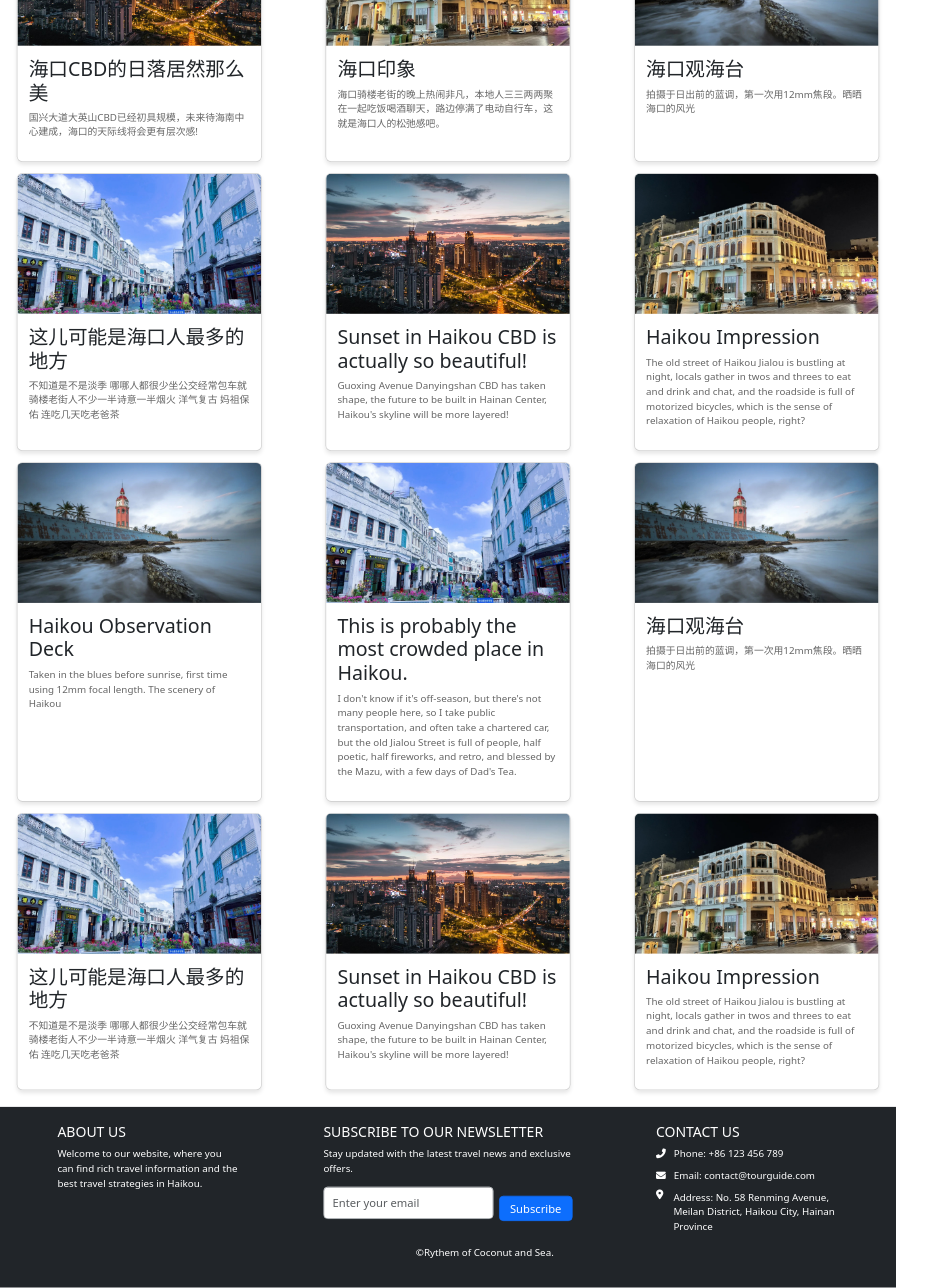
Repository: NIIT-RG6/web-project
Page: /community
These files come from the project's save history. The page is drawn as it stood at one moment and after the next save; the edit follows.
The browser window is 1280 px wide. The page is 1360 px wide, so the pictures cover 1360 px, including what lies to the right of the window. The pictures show the part of the page from y = 895 to 2735 px (the page is 2735 px tall), at 70% of full size.
The project was rebuilt for these pictures with package versions that can differ from the ones it lists, and the page was loaded fresh each time. Also part of the build but not shown: vue.config.js, src/views/HomePage.vue, src/views/College.vue, src/views/Foods.vue, src/views/Park.vue, src/views/Sky.vue, src/views/Street.vue, src/views/StrategyHome.vue and 2 more. Imported but missing from the stored project, and not drawn on this page: src/assets/js/vuetify.js.

Above is the page before, as saved 2024-10-25 04:07:56.

### src/App.vue
<template>
	<div id="app">
		<!-- 只有在当前路径不属于隐藏列表时才显示 NavBar -->
		<NavBar v-if="!shouldHideNavAndFooter" />

		<!-- 路由视图 -->
		<router-view />

		<!-- 只有在当前路径不属于隐藏列表时才显示 AppFooter -->
		<AppFooter v-if="!shouldHideNavAndFooter" />
	</div>
</template>

<script>
//import "./style.css";
import NavBar from './components/NavBar.vue';
import AppFooter from './components/AppFooter.vue';
import { computed } from 'vue';
import { useRoute } from 'vue-router';


export default {
	components: {
		NavBar,
		AppFooter
	},
	setup() {
		// 使用 useRoute 钩子获取当前路由
		const route = useRoute();

		// 定义需要隐藏 NavBar 和 AppFooter 的路径
		const hiddenRoutes = ['/login', '/register', '/forgot', '/about-us/contract', '/about-us/privacy'];

		// 判断当前路由路径是否在隐藏列表中
		const shouldHideNavAndFooter = computed(() => hiddenRoutes.includes(route.path));

		return {
			shouldHideNavAndFooter
		};
	}
};
</script>

<style scoped lang="less"></style>

### src/assets/css/global.css
/* * {
    box-sizing: border-box;
} */
 body {
    color: #000;
    font-size: 14px;
    margin: 0;
    padding: 0;
 }

### src/components/NavBar.vue
<template>
  <nav class="navbar navbar-expand-lg bg-body-tertiary py-4">
    <div class="container-fluid">
      <a class="navbar-brand" href="#">Navbar</a>
      <button class="navbar-toggler" type="button" data-bs-toggle="collapse" data-bs-target="#navbarSupportedContent"
        aria-controls="navbarSupportedContent" aria-expanded="false" aria-label="Toggle navigation">
        <span class="navbar-toggler-icon"></span>
      </button>
      <div class="collapse navbar-collapse" id="navbarSupportedContent">
        <ul class="navbar-nav me-auto mb-2 mb-lg-0 mx-5">
          <li class="nav-item mx-4">
            <router-link to="/" class="nav-link">Home</router-link>
          </li>

          <!-- Attractions Dropdown -->
          <li class="nav-item dropdown mx-4">
            <a class="nav-link dropdown-toggle" href="#" role="button" data-bs-toggle="dropdown" aria-expanded="false">
              Attractions
            </a>
            <ul class="dropdown-menu">
              <li><router-link to="/attractions/college" class="dropdown-item">Hainan University</router-link></li>
              <li><router-link to="/attractions/park" class="dropdown-item">Baishamen Park</router-link></li>
              <li><router-link to="/attractions/sky" class="dropdown-item">The Sky Mountain</router-link></li>
              <li><router-link to="/attractions/street" class="dropdown-item">Qilou Street</router-link></li>
              <li><router-link to="/attractions/foods" class="dropdown-item">Haikou Foods</router-link></li>
            </ul>
          </li>

          <li class="nav-item mx-4">
            <router-link to="/guide" class="nav-link">Travel Guide</router-link>
          </li>

          <li class="nav-item mx-4">
            <router-link to="/community" class="nav-link">Community</router-link>
          </li>

          <!-- About Us Dropdown -->
          <li class="nav-item dropdown mx-4">
            <a class="nav-link dropdown-toggle" href="#" role="button" data-bs-toggle="dropdown" aria-expanded="false">
              About us
            </a>
            <ul class="dropdown-menu">
              <li><router-link to="/about-us/team" class="dropdown-item">Team</router-link></li>
              <li><router-link to="/about-us/contract" class="dropdown-item">Contract</router-link></li>
              <li><router-link to="/about-us/privacy" class="dropdown-item">Privacy</router-link></li>
            </ul>
          </li>
        </ul>

        <!-- Search Form -->
        <form class="d-flex mx-auto" role="search">
          <input class="form-control me-2" type="search" placeholder="Search" aria-label="Search">
          <button class="btn btn-outline-success" type="submit">Search</button>
        </form>

        <!-- Login and Register Buttons -->
        <router-link to="/login" class="btn btn-outline-primary ms-5">Login</router-link>
        <router-link to="/register" class="btn btn-primary ms-2">Register</router-link>
      </div>
    </div>
  </nav>
</template>

<script>
export default {
  name: 'NavBar'
}
</script>

### src/components/AppFooter.vue
<template>
    <footer class="footer bg-dark text-white py-4">
        <div class="container">
            <div class="row">
                <!-- ABOUT US -->
                <div class="col-md-3">
                    <!-- <img :src="" alt=""> -->
                    <h5>ABOUT US</h5>
                    <p>Welcome to our website, where you can find rich travel information and the best travel strategies
                        in Haikou.</p>
                </div>

                <!-- NEWSLETTER SIGNUP -->
                <div class="col-md-4 offset-md-1">
                    <h5>SUBSCRIBE TO OUR NEWSLETTER</h5>
                    <p>Stay updated with the latest travel news and exclusive offers.</p>
                    <form class="d-flex align-items-center">
                        <div class="mb-3 me-2 flex-grow-1">
                            <input type="email" class="form-control custom-input" placeholder="Enter your email" />
                        </div>
                        <button type="submit" class="btn btn-primary btn-custom">Subscribe</button>
                    </form>
                </div>




                <!-- CONTACT US -->
                <div class="col-md-3 offset-md-1">
                    <h5>CONTACT US</h5>
                    <ul class="list-unstyled contact-info">
                        <li>
                            <i class="fas fa-phone-alt"></i> Phone: +86 123 456 789
                        </li>
                        <li>
                            <i class="fas fa-envelope"></i> Email: contact@tourguide.com
                        </li>
                        <li class="address-item">
                            <i class="fas fa-map-marker-alt"></i> Address: No. 58 Renming Avenue, Meilan District,
                            Haikou City, Hainan Province
                        </li>
                    </ul>
                </div>
            </div>
            <div class="row offset-md-1">
                <div class="col text-center">
                    <p>&copy;Rythem of Coconut and Sea. </p>
                </div>
            </div>
        </div>
    </footer>
</template>

<script>
export default {
    name: 'AppFooter'
}
</script>

<style scoped>
.footer {
    background-color: #343a40;
    color: #ffffff;
    padding: 20px 0;
}

.contact-info li {
    margin-bottom: 10px;
}

.contact-info i {
    margin-right: 8px;
}

.footer a {
    color: #ffffff;
    transition: color 0.3s;
}

.footer a:hover {
    color: #dddddd;
}

.custom-input {
    height: 46px;
    /* 设置输入框的高度与按钮一致 */
    line-height: 1.2;
    /* 调整行高 */
}

.btn-custom {
    height: 36px;
    /* 设置按钮的高度 */
    line-height: 1.2;
    /* 调整行高，使文本垂直居中 */
    padding: 0 15px;
    /* 调整按钮左右的内边距 */
}

.address-item {
    position: relative;
    padding-left: 25px;
}

.address-item i {
    position: absolute;
    left: 0;
    top: 0;
}

.address-item span {
    display: inline-block;
    margin-left: 25px;
}
</style>

### src/views/InteractiveCommunity.vue
<template>
  <view>


    <div class="container" style="display: flex; justify-content: center;height: 300px;width: 100%;margin-top: 10px;">

      <DanmuCard-vue></DanmuCard-vue>

    </div>

    <div style="position:initial;margin-top: 320px;">
      <PostListVue @post-selected="handlePostSelected" ref="PostList" style="position: relative;"></PostListVue>
    </div>

    <div class="modal-container">
      <ModalPartVue :show="this.showModal" @close="this.showModal = false">
        <div v-if="selectedPost" style="display: flex;flex-direction: row;">


          <div class="carousel-container" style="width: 1500px;height: 100%;">

            <div id="carouselExample" class="carousel slide" data-bs-ride="carousel"
              style="margin-top: calc(50% - 200px);">

              <div class="carousel-indicators" v-if="selectedPost.image2">
                <button type="button" data-bs-target="#carouselExample" data-bs-slide-to="0" class="active"
                  aria-current="true" aria-label="Slide 1"></button>
                <button type="button" data-bs-target="#carouselExample" data-bs-slide-to="1"
                  aria-label="Slide 2"></button>
              </div>


              <div class="carousel-inner">

                <div class="carousel-item active">
                  <img :src="selectedPost.image1" class="d-block w-100" alt="Image 1"
                    style="object-fit: contain;width:100%;">
                </div>

                <div class="carousel-item" v-if="selectedPost.image2">
                  <img :src="selectedPost.image2" class="d-block w-100" alt="Image 2"
                    style="object-fit: contain;width:100%;">
                </div>
              </div>


              <button class="carousel-control-prev" type="button" data-bs-target="#carouselExample"
                v-if="selectedPost.image2" data-bs-slide="prev">
                <span class="carousel-control-prev-icon" aria-hidden="true"></span>
                <span class="visually-hidden">Previous</span>
              </button>
              <button class="carousel-control-next" type="button" data-bs-target="#carouselExample"
                v-if="selectedPost.image2" data-bs-slide="next">
                <span class="carousel-control-next-icon" aria-hidden="true"></span>
                <span class="visually-hidden">Next</span>
              </button>
            </div>
          </div>


          <div class="content-container" style="width: 1100px;border-left: 1px solid gainsboro;">
            <div class="author"
              style="display: flex; flex-direction:row;margin-left: 6%;margin-top: 2%;border-bottom:1px gainsboro solid;">
              <img src="@/assets/images/my_icon.png" alt="" style="height: 50px;width: 50px;" />
              <text style="align-self: center;margin-left: 10px;font-size: 18px;color: dimgray;">用户名</text>
            </div>


            <div class="scroll_item">
              <h2 style="margin-left: 8%;margin-top: 12%;">{{ selectedPost.title }}</h2>
              <p style="margin-left: 8%;margin-top: 7px;">{{ selectedPost.description }}</p>


              <h5
                style="margin-left: 2%;margin-top: 20px;border-top: 1px solid gainsboro;padding-top: 10px;font-weight: bold;">
                {{ selectedPost.comments.length }} comments in total</h5>
              <CommentsCardsVue :comments="selectedPost.comments" @delete-comment="handleDeleteComment">
              </CommentsCardsVue>

            </div>

            <div class="comment_cards_input"
              style="position: absolute;bottom:50px;width: 450px;display: flex;flex-direction:row;height: 50px;;">
              <input class="form-control" aria-label="With textarea" placeholder="     Please input your comment"
                v-model="content" style="width: 100%;height: 40px;padding: 0;border-radius: 30px;">
              <button class="btn btn-outline-secondary btn-primary" type="button" @click="submitClick()"
                style="height: 40px;border-radius: 20px;margin-left: 5px;color: white;">send</button>
            </div>

          </div>

        </div>
        <!-- <CommentsCardsVue :comments="selectedPost.comments" @delete-comment="handleDeleteComment"></CommentsCardsVue> -->
      </ModalPartVue>
    </div>


  </view>
</template>

<script>
import DanmuCardVue from '@/components/DanmuCard.vue';
import PostListVue from '@/components/PostList.vue';
import ModalPartVue from '@/components/ModalPart.vue';
import CommentsCardsVue from '@/components/CommentsCards.vue';
import NavBar from '@/components/NavBar.vue';
import AppFooter from '@/components/AppFooter.vue';

export default {
  components: {
    DanmuCardVue,
    PostListVue,
    ModalPartVue,
    CommentsCardsVue,
    NavBar,
    AppFooter,
  },
  data() {
    return {
      showModal: false,
      selectedPost: null,
      content: ''
    };
  },
  methods: {
    submitClick() {
      const name = '我'
      const content = this.content
      // 1. Checking the legality of inputs
      if (!name || !content) {
        alert('The content cannot be empty！')
        return
      }
      // 2. Based on the input data, encapsulate it into a comment object
      const comment = {
        name,
        content
      }
      console.log(comment, "comment in AddVue")
      // 3、add to comments
      this.addComment(comment)
      // 4、clear input box
      this.name = ''
      this.content = ''
    },
    addComment(comment) {
      if (this.selectedPost && this.selectedPost.comments) {
        this.selectedPost.comments.unshift(comment); // add comment to the beginning of the array by unshift method
      } else {
        console.error('selectedPost or comments is undefined');
      }
    },

    handlePostSelected(post) {
      this.selectedPost = post; //receive selected post data from PostList
      //this is reference, so it will refresh automatically
      this.showModal = true;
    },

    handleDeleteComment(index) {
      try {
        if (this.selectedPost && this.selectedPost.comments) {
          this.selectedPost.comments.splice(index, 1);  // to delete a comment, we can use splice method to remove it from the array
        }
      } catch (error) {
        console.warn('Error caught: ', error);
      }
    }
  }
}
</script>

<style lang="scss">
.scroll_item {
  max-height: 580px;
  overflow-y: hidden;
  padding: 10px;
  margin-bottom: 20px;
  padding-right: 20px;
  margin-right: -20px;
  // padding and margin to make the scroll bar disappear

}
</style>

### src/components/DanmuCard.vue
<!-- <template>
  <view>

    <div class="danmu-board">
      <div v-for="(danmu, index) in danmus" :key="index" :class="['danmu-item']" :style="getDanmuStyle(index)">
        {{ danmu }}
      </div>
    </div>
  </view>
</template>

<script>
export default {
  data() {
    return {
      danmus: ['骑楼老街好玩', '白沙门也不错', '运气好能碰到超好看的晚霞', '海口真是个值得一去的地方'], // infomation of danmu
    };
  },
  methods: {
    getDanmuStyle(index) {
      const top = Math.random() * 90; // random top position
      const color = '#' + Math.floor(Math.random() * 16777215).toString(16); // random color
      const animationDelay = `${Math.random() * 3}s`; // random animation delay
      const animationDuration = `${8 + Math.random() * 5}s`; // random animation duration

      return {
        top: `${top}%`,
        color: color,
        animationDelay: animationDelay,
        animationDuration: animationDuration,
        transform: 'translateX(100%)', // init position of danmu is right
      };
    },
  },
};
</script>

<style lang="scss">
.danmu-board {
  position: relative;
  width: 1440px;
  // width: 500px;
  // height: 300px;
  height: 600px;
  border-radius: 20px;
  background-image: url("https://ts1.cn.mm.bing.net/th/id/R-C.d07816d313cad5d2b53b30192443c4c5?rik=SUozltQgAs8%2bNQ&riu=http%3a%2f%2fn.sinaimg.cn%2fsinacn10119%2f600%2fw1920h1080%2f20190325%2f6449-hutwezf3366892.jpg&ehk=DH2hT8Ey9e3gfn%2fUBKrQFjRb3LPXUs9sEIOq4LRDZfQ%3d&risl=&pid=ImgRaw&r=0");
  overflow: hidden;
}

.danmu-item {
  position: absolute;
  white-space: nowrap;
  animation: moveLeft 8.5s linear infinite;
  font-size: 15px;

  background-color: rgba(255, 255, 255, 0.7);
  border: 1px solid #ccc;
  border-radius: 20px;
  padding: 5px 15px;
  box-shadow: 0 2px 5px rgba(0, 0, 0, 0.2);
  /*shadow effect*/
}

@keyframes moveLeft {
  from {
    left: 100%;
  }

  to {
    left: -100%;
  }
}
</style> -->








<template>
  <view>

    <div class="danmu-board">
      <div v-for="(danmu, index) in danmus" :key="index" :class="['danmu-item']" :style="getDanmuStyle(index)">
        {{ danmu }}
      </div>
    </div>
  </view>
</template>

<script>
export default {
  data() {
    return {
      danmus: ['Qilou Old Street is fun', 'Baisha Gate is not bad', 'If you are lucky, you can encounter a beautiful sunset', 'Haikou is really a place worth visiting'], // information of danmu
    };
  },
  methods: {
    getDanmuStyle(index) {
      const top = Math.random() * 90; // random top position
      const color = '#' + Math.floor(Math.random() * 16777215).toString(16); // random color
      const animationDelay = `${Math.random() * 3}s`; // random animation delay
      const animationDuration = `${8 + Math.random() * 5}s`; // random animation duration

      return {
        top: `${top}%`,
        color: color,
        animationDelay: animationDelay,
        animationDuration: animationDuration,
        transform: 'translateX(100%)', // init position of danmu is right
      };
    },
  },
};
</script>

<style lang="scss">
.danmu-board {
  position: relative;
  width: 1440px;
  // width: 500px;
  // height: 300px;
  height: 600px;
  border-radius: 20px;
  background-image: url("https://ts1.cn.mm.bing.net/th/id/R-C.d07816d313cad5d2b53b30192443c4c5?rik=SUozltQgAs8%2bNQ&riu=http%3a%2f%2fn.sinaimg.cn%2fsinacn10119%2f600%2fw1920h1080%2f20190325%2f6449-hutwezf3366892.jpg&ehk=DH2hT8Ey9e3gfn%2fUBKrQFjRb3LPXUs9sEIOq4LRDZfQ%3d&risl=&pid=ImgRaw&r=0");
  overflow: hidden;
}

.danmu-item {
  position: absolute;
  white-space: nowrap;
  animation: moveLeft 8.5s linear infinite;
  font-size: 15px;

  background-color: rgba(255, 255, 255, 0.7);
  border: 1px solid #ccc;
  border-radius: 20px;
  padding: 5px 15px;
  box-shadow: 0 2px 5px rgba(0, 0, 0, 0.2);
  /*shadow effect*/
}

@keyframes moveLeft {
  from {
    left: 100%;
  }

  to {
    left: -100%;
  }
}
</style>

### src/components/ModalPart.vue
<!-- Modal.vue -->
<template>
  <div v-if="show" class="modal-overlay" @click="closeModal">
    <div class="modal-content" @click.stop>
      <slot></slot> <!-- slot for content -->
      <!-- <button @click="closeModal">Close</button> -->
    </div>
  </div>
</template>

<script>
export default {
  props: {
    show: {
      type: Boolean,
      required: true
    }
  },
  methods: {
    closeModal() {
      this.$emit('close');
    }
  }
}
</script>

<style scoped>
.modal-overlay {
  position: fixed;
  top: 0;
  left: 0;
  width: 100vw;
  height: 100vh;
  background: rgba(0, 0, 0, 0.5);
  display: flex;
  justify-content: center;
  align-items: center;
  z-index: 1000;
  /*make sure it's on top */
}

.modal-content {
  background-color: white;
  padding: 20px;
  padding-bottom: 0;
  border-radius: 8px;
  /* width: 300px; */
  /* max-width: 80%; */
  width: 70%;
  height: 90%;
  box-shadow: 0 2px 10px rgba(0, 0, 0, 0.1);
}
</style>

### src/components/PostCards.vue
<!-- Card.vue -->
<template>
  <div class="card">
    <img :src="post.image1" alt="Post Image" class="card-image" />
    <div class="card-content">
      <h3>{{ post.title }}</h3>
      <p>{{ post.description }}</p>
    </div>
  </div>
</template>

<script>
export default {
  props: {
    post: {
      type: Object,
      required: true,
    },
  },
};
</script>

<style scoped>
.card {
  background-color: white;
  border-radius: 8px;
  box-shadow: 0 4px 6px rgba(0, 0, 0, 0.1);
  overflow: hidden;
  margin: 8px;
  /* height: 300px; */
  width: 350px;
}

.card-image {
  width: 100%;
  height: 200px;
  object-fit: cover;
}

.card-content {
  padding: 16px;
}

h3 {
  margin: 0 0 8px;
}

p {
  color: #666;
}
</style>

Loaded but not shown: public/index.html (common file); src/router/index.js (83 lines, source omitted); src/main.js (38 lines, source omitted); src/components/PostList.vue (184 lines, source omitted)

After the next save:
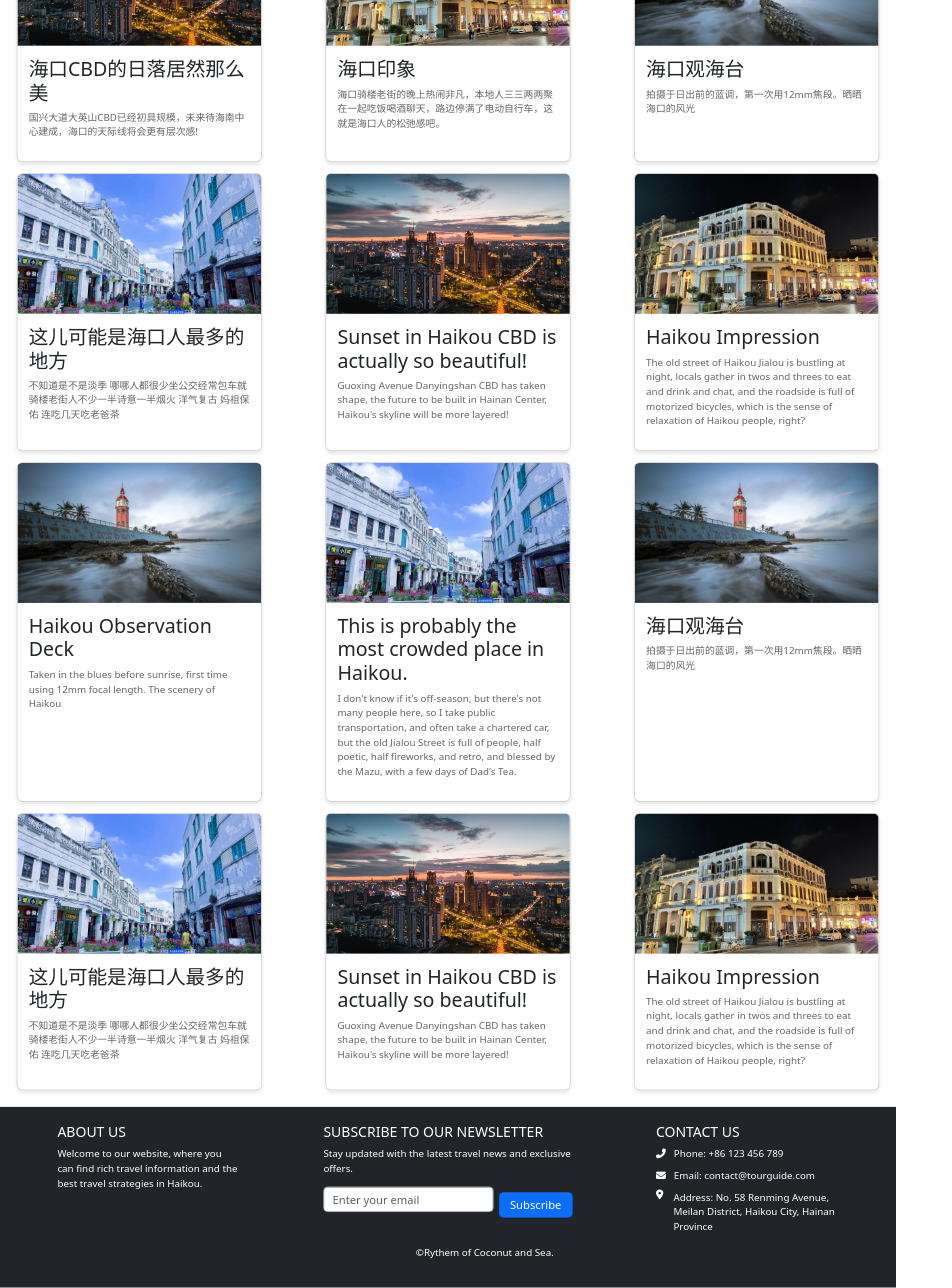
Saved 7 s later.
--- a/src/components/AppFooter.vue
+++ b/src/components/AppFooter.vue
@@ -82,7 +82,7 @@ export default {
 }
 
 .custom-input {
-    height: 46px;
+    height: 36px;
     /* 设置输入框的高度与按钮一致 */
     line-height: 1.2;
     /* 调整行高 */
